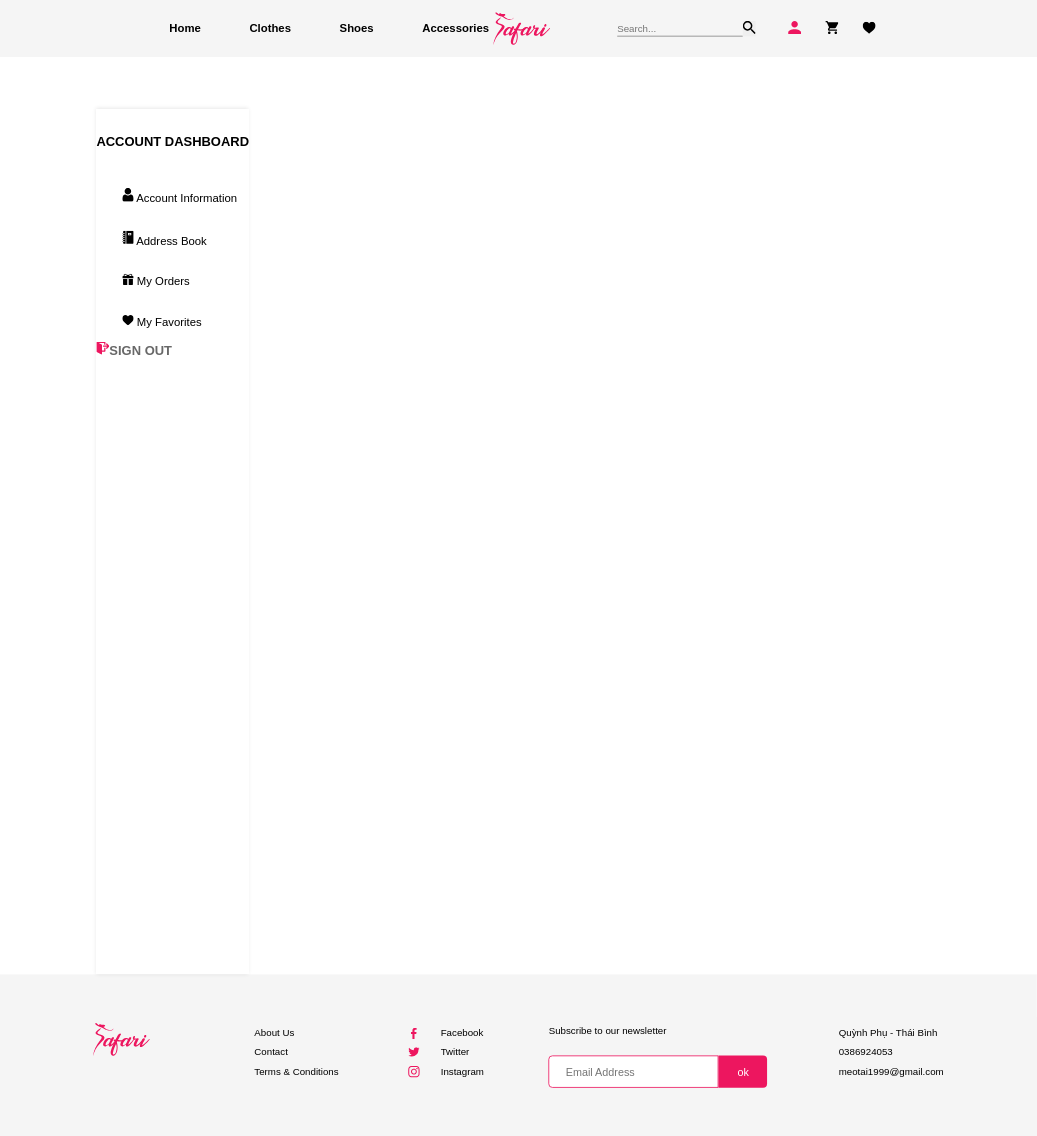
Repository: tboy1999/safari
Page: views/user.html
These files come from the project's save history. The page is drawn as it stood at one moment and after the next save; the edit follows.
The browser window is 1280 px wide. The pictures show the whole page, at 81% of full size.
Some web libraries are served in a nearby version. The style sheet was rebuilt from its Sass, Less or Tailwind sources for each picture, by a compiler version that may differ from the author's.

Above is the page before, as saved 2022-04-28 15:15:26.

### views/user.html
<!DOCTYPE html>
<html lang="en">
<head>
  <meta charset="UTF-8">
  <meta http-equiv="X-UA-Compatible" content="IE=edge">
  <meta name="viewport" content="width=device-width, initial-scale=1.0">
  <title>user</title>
  <link rel="shortcut icon" href="./image/logo/Logo.svg" type="image/x-icon">
  <link rel="preconnect" href="https://fonts.googleapis.com">
  <link rel="preconnect" href="https://fonts.gstatic.com" crossorigin>
  <link rel="stylesheet" href="https://cdnjs.cloudflare.com/ajax/libs/font-awesome/6.1.1/css/all.min.css" integrity="sha512-KfkfwYDsLkIlwQp6LFnl8zNdLGxu9YAA1QvwINks4PhcElQSvqcyVLLD9aMhXd13uQjoXtEKNosOWaZqXgel0g==" crossorigin="anonymous" referrerpolicy="no-referrer" />
  <link rel="stylesheet" href="../css/grid.css">
  <link rel="stylesheet" href="../css/user.css">
</head>
<body>
  <header id="header" class="header">
    <div class="container">
      <div class="header__container facenter">
        <ul class="header__list facenter fz14-fw600">
          <li class="header__item"><a href="../index.html" class="header__link">Home</a></li>
          <li class="header__item"><a href="./clothes.html" class="header__link">Clothes</a></li>
          <li class="header__item"><a href="./shoes.html" class="header__link">Shoes</a></li>
          <li class="header__item"><a href="./accessories.html" class="header__link">Accessories</a></li>
        </ul>
        <form class="header__search facenter">
          <input type="text" placeholder="Search..." class="fz12">
          <button type="submit"><img src="../image/header/search.svg" alt=""></button>
        </form>
        <div class="header__feature facenter">
          <a href="#" class="header__feature--active">
            <svg width="16" height="16" viewBox="0 0 16 16" fill="inherit" xmlns="http://www.w3.org/2000/svg">
            <path d="M8 0C9.06087 0 10.0783 0.421427 10.8284 1.17157C11.5786 1.92172 12 2.93913 12 4C12 5.06087 11.5786 6.07828 10.8284 6.82843C10.0783 7.57857 9.06087 8 8 8C6.93913 8 5.92172 7.57857 5.17157 6.82843C4.42143 6.07828 4 5.06087 4 4C4 2.93913 4.42143 1.92172 5.17157 1.17157C5.92172 0.421427 6.93913 0 8 0ZM8 10C12.42 10 16 11.79 16 14V16H0V14C0 11.79 3.58 10 8 10Z"/>
            </svg>
          </a>
          <a href="./cart.html">
            <svg width="16" height="16" viewBox="0 0 16 16" fill="inherit" xmlns="http://www.w3.org/2000/svg">
              <path d="M12.8 12.8C11.912 12.8 11.2 13.512 11.2 14.4C11.2 14.8243 11.3686 15.2313 11.6686 15.5314C11.9687 15.8314 12.3757 16 12.8 16C13.2243 16 13.6313 15.8314 13.9314 15.5314C14.2314 15.2313 14.4 14.8243 14.4 14.4C14.4 13.9757 14.2314 13.5687 13.9314 13.2686C13.6313 12.9686 13.2243 12.8 12.8 12.8ZM0 0V1.6H1.6L4.48 7.672L3.392 9.632C3.272 9.856 3.2 10.12 3.2 10.4C3.2 10.8243 3.36857 11.2313 3.66863 11.5314C3.96869 11.8314 4.37565 12 4.8 12H14.4V10.4H5.136C5.08296 10.4 5.03209 10.3789 4.99458 10.3414C4.95707 10.3039 4.936 10.253 4.936 10.2C4.936 10.16 4.944 10.128 4.96 10.104L5.68 8.8H11.64C12.24 8.8 12.768 8.464 13.04 7.976L15.904 2.8C15.96 2.672 16 2.536 16 2.4C16 2.18783 15.9157 1.98434 15.7657 1.83431C15.6157 1.68429 15.4122 1.6 15.2 1.6H3.368L2.616 0H0ZM4.8 12.8C3.912 12.8 3.2 13.512 3.2 14.4C3.2 14.8243 3.36857 15.2313 3.66863 15.5314C3.96869 15.8314 4.37565 16 4.8 16C5.22435 16 5.63131 15.8314 5.93137 15.5314C6.23143 15.2313 6.4 14.8243 6.4 14.4C6.4 13.9757 6.23143 13.5687 5.93137 13.2686C5.63131 12.9686 5.22435 12.8 4.8 12.8Z"/>
            </svg>
          </a>
          <a href="#">
            <svg width="16" height="15" viewBox="0 0 16 15" fill="inherit"
            xmlns="http://www.w3.org/2000/svg">
              <path d="M14.7307 1.39307C13.9025 0.494751 12.766 0 11.5304 0C10.6068 0 9.76099 0.291992 9.01636 0.867798C8.64062 1.15845 8.30017 1.51404 8 1.92908C7.69995 1.51416 7.35938 1.15845 6.98352 0.867798C6.23901 0.291992 5.39319 0 4.4696 0C3.23401 0 2.09741 0.494751 1.26917 1.39307C0.450806 2.28088 0 3.49377 0 4.80847C0 6.16162 0.504272 7.40027 1.58691 8.70667C2.55542 9.87524 3.94739 11.0615 5.55933 12.4352C6.10974 12.9043 6.73364 13.436 7.38147 14.0024C7.55261 14.1523 7.77222 14.2349 8 14.2349C8.22766 14.2349 8.44739 14.1523 8.61829 14.0027C9.26611 13.4362 9.89038 12.9042 10.441 12.4348C12.0527 11.0614 13.4447 9.87524 14.4132 8.70654C15.4958 7.40027 16 6.16162 16 4.80835C16 3.49377 15.5492 2.28088 14.7307 1.39307Z"/>
            </svg>
          </a>
        </div>
        <div class="header__logo">
          <a href="../index.html"><img src="../image/logo/Logo.svg" alt=""></a>
        </div>
      </div>
    </div>
  </header>

  <main id="user" class="user">
    <div class="container">
      <div class="user__container">
        <div class="row">
          <div class="col xxl-3">
            <div class="user__list flex-column">
              <div class="user__item fz16-fw800">ACCOUNT DASHBOARD</div>
              <div class="user__item fz14">
                <svg width="14" height="17" viewBox="0 0 14 17" fill="inherit" xmlns="http://www.w3.org/2000/svg">
                  <path d="M6.89428 8.08322C8.00476 8.08322 8.96635 7.68493 9.75204 6.89912C10.5377 6.11343 10.936 5.15209 10.936 4.04148C10.936 2.93125 10.5377 1.96979 9.75191 1.18384C8.9661 0.398284 8.00463 0 6.89428 0C5.78366 0 4.82233 0.398284 4.03664 1.18397C3.25095 1.96966 2.85254 2.93112 2.85254 4.04148C2.85254 5.15209 3.25095 6.11356 4.03677 6.89924C4.82258 7.6848 5.78405 8.08322 6.89428 8.08322Z"/>
                  <path d="M13.9661 12.9033C13.9434 12.5764 13.8976 12.2197 13.8301 11.843C13.762 11.4636 13.6743 11.1049 13.5693 10.777C13.4609 10.4381 13.3134 10.1034 13.1311 9.78274C12.9419 9.44988 12.7196 9.16003 12.4702 8.92152C12.2094 8.672 11.8902 8.47139 11.5209 8.32506C11.153 8.17949 10.7452 8.10575 10.3091 8.10575C10.1378 8.10575 9.97209 8.17603 9.65216 8.38433C9.45526 8.51274 9.22494 8.66125 8.96787 8.8255C8.74805 8.96556 8.45026 9.09679 8.08245 9.21559C7.72359 9.33171 7.35924 9.3906 6.99962 9.3906C6.63999 9.3906 6.27576 9.33171 5.91653 9.21559C5.5491 9.09692 5.25131 8.96569 5.03175 8.82563C4.77711 8.66291 4.54666 8.5144 4.34682 8.3842C4.02727 8.17591 3.86148 8.10562 3.69018 8.10562C3.25387 8.10562 2.84624 8.17949 2.47843 8.32518C2.10946 8.47126 1.79004 8.67187 1.529 8.92165C1.27973 9.16029 1.05736 9.45001 0.868391 9.78274C0.686212 10.1034 0.538727 10.438 0.430163 10.7771C0.32531 11.105 0.237614 11.4636 0.169505 11.843C0.102036 12.2192 0.0562028 12.576 0.0335425 12.9037C0.0112662 13.2248 0 13.5581 0 13.8946C0 14.7706 0.278453 15.4797 0.827551 16.0027C1.36986 16.5188 2.08744 16.7806 2.96006 16.7806H11.0399C11.9126 16.7806 12.6299 16.5189 13.1723 16.0027C13.7215 15.4801 14 14.7708 14 13.8945C13.9999 13.5564 13.9885 13.2229 13.9661 12.9033Z"/>
                  </svg>

                Account Information
              </div>
              <div class="user__item fz14">
                <svg width="14" height="17" viewBox="0 0 14 17" fill="inherit" xmlns="http://www.w3.org/2000/svg">
                  <path d="M1.00448 5.0538H0.470852C0.210816 5.0538 0 5.26462 0 5.52465C0 5.78469 0.210816 5.99551 0.470852 5.99551H1.00448V5.0538Z"/>
                  <path d="M1.00448 12.5874H0.470852C0.210816 12.5874 0 12.7982 0 13.0583C0 13.3183 0.210816 13.5291 0.470852 13.5291H1.00448V12.5874Z"/>
                  <path d="M1.00448 10.0762H0.470852C0.210816 10.0762 0 10.287 0 10.5471C0 10.8071 0.210816 11.0179 0.470852 11.0179H1.00448V10.0762Z"/>
                  <path d="M1.00448 7.56503H0.470852C0.210816 7.56503 0 7.77585 0 8.03588C0 8.29592 0.210816 8.50674 0.470852 8.50674H1.00448V7.56503Z"/>
                  <path d="M1.00448 2.5426H0.470852C0.210816 2.5426 0 2.75342 0 3.01345C0 3.27349 0.210816 3.48431 0.470852 3.48431H1.00448V2.5426Z"/>
                  <path d="M4.01834 0H2.41744C1.63856 0 1.00488 0.633673 1.00488 1.41256V2.5426H2.48022C2.74025 2.5426 2.95107 2.75342 2.95107 3.01345C2.95107 3.27349 2.74025 3.4843 2.48022 3.4843C2.05168 3.4843 1.466 3.4843 1.00488 3.4843V5.05381H2.48022C2.74025 5.05381 2.95107 5.26463 2.95107 5.52466C2.95107 5.7847 2.74025 5.99552 2.48022 5.99552C1.71562 5.99552 2.16255 5.99552 1.00488 5.99552V7.56502H2.48022C2.74025 7.56502 2.95107 7.77584 2.95107 8.03587C2.95107 8.29591 2.74025 8.50673 2.48022 8.50673C2.05168 8.50673 1.466 8.50673 1.00488 8.50673V10.0762H2.48022C2.74025 10.0762 2.95107 10.287 2.95107 10.5471C2.95107 10.8071 2.74025 11.0179 2.48022 11.0179C1.71562 11.0179 2.16255 11.0179 1.00488 11.0179V12.5874H2.48022C2.74025 12.5874 2.95107 12.7983 2.95107 13.0583C2.95107 13.3183 2.74025 13.5291 2.48022 13.5291C2.05168 13.5291 1.466 13.5291 1.00488 13.5291V14.6592C1.00488 15.4381 1.63856 16.0717 2.41744 16.0717H4.01834V0Z"/>
                  <path d="M7.94141 3.48431H10.0759V4.55158H7.94141V3.48431Z"/>
                  <path d="M12.5878 0H4.95996V16.0717H12.5878C13.3666 16.0717 14.0003 15.4381 14.0003 14.6592V1.41256C14.0003 0.633673 13.3666 0 12.5878 0ZM11.0183 5.02242C11.0183 5.28246 10.8074 5.49327 10.5474 5.49327H7.47117C7.21114 5.49327 7.00032 5.28246 7.00032 5.02242V3.01345C7.00032 2.75342 7.21114 2.5426 7.47117 2.5426H10.5474C10.8074 2.5426 11.0183 2.75342 11.0183 3.01345V5.02242Z"/>
                  </svg>

                Address Book
              </div>
              <div class="user__item fz14">
                <svg width="14" height="14" viewBox="0 0 14 14" fill="inherit" xmlns="http://www.w3.org/2000/svg">
                  <path d="M13.0869 2.71463H12.0679C12.2023 2.5019 12.291 2.2631 12.3163 2.01056C12.3971 1.20345 11.972 0.479938 11.2484 0.159169C10.5832 -0.135678 9.83572 -0.0151468 9.29746 0.473048L8.01066 1.63926C7.76006 1.36516 7.39981 1.1929 6.99999 1.1929C6.59946 1.1929 6.23863 1.36571 5.98797 1.64065L4.69953 0.472911C4.1604 -0.0152835 3.4132 -0.13535 2.74834 0.159333C2.02488 0.48013 1.59974 1.20389 1.68079 2.01097C1.70614 2.26332 1.79479 2.502 1.92918 2.71463H0.913033C0.408761 2.71463 0 3.12342 0 3.62766V4.99723C0 5.24934 0.204394 5.45376 0.45653 5.45376H13.5435C13.7956 5.45376 14 5.24936 14 4.99723V3.62766C14 3.12342 13.5912 2.71463 13.0869 2.71463ZM5.63042 2.56246V2.71463H3.48277C2.91533 2.71463 2.46875 2.18564 2.61048 1.59485C2.6729 1.33467 2.8607 1.11289 3.10359 1.00062C3.43713 0.846453 3.8066 0.895945 4.08673 1.1495L5.63081 2.54901C5.63072 2.55352 5.63042 2.55795 5.63042 2.56246ZM11.4104 1.88934C11.3763 2.36384 10.9477 2.71468 10.472 2.71468H8.36955V2.56252C8.36955 2.55713 8.36922 2.5518 8.36917 2.54641C8.71895 2.22933 9.47776 1.54158 9.88931 1.16853C10.1232 0.956539 10.4505 0.857582 10.753 0.947816C11.1872 1.07732 11.4421 1.44651 11.4104 1.88934Z"/>
                  <path d="M0.913086 6.36679V13.0624C0.913086 13.5667 1.32185 13.9755 1.82612 13.9755H6.08698V6.36679H0.913086Z"/>
                  <path d="M7.91309 6.36679V13.9755H12.1739C12.6782 13.9755 13.087 13.5667 13.087 13.0624V6.36679H7.91309Z"/>
                  </svg>

                My Orders
              </div>
              <div class="user__item fz14">
                <svg width="14" height="13" viewBox="0 0 14 13" fill="inherit" xmlns="http://www.w3.org/2000/svg">
                  <path d="M12.8894 1.21893C12.1647 0.432907 11.1702 0 10.0891 0C9.28096 0 8.54086 0.255493 7.88931 0.759323C7.56055 1.01364 7.26265 1.32478 7 1.68794C6.73746 1.32489 6.43945 1.01364 6.11058 0.759323C5.45914 0.255493 4.71904 0 3.9109 0C2.82976 0 1.83524 0.432907 1.11052 1.21893C0.394455 1.99577 0 3.05705 0 4.20741C0 5.39142 0.441238 6.47523 1.38855 7.61833C2.23599 8.64084 3.45396 9.67883 4.86441 10.8808C5.34602 11.2913 5.89194 11.7565 6.45879 12.2521C6.60854 12.3833 6.80069 12.4555 7 12.4555C7.1992 12.4555 7.39146 12.3833 7.541 12.2523C8.10785 11.7566 8.65408 11.2912 9.13591 10.8805C10.5461 9.67873 11.7641 8.64084 12.6116 7.61823C13.5589 6.47523 14 5.39142 14 4.20731C14 3.05705 13.6055 1.99577 12.8894 1.21893Z"/>
                  </svg>
                My Favorites
              </div>
              <div class="user__item fz16"><img src="../image/user/checkout.svg" alt="">SIGN OUT</div>
            </div>
          </div>
          <div class="col xxl-9"></div>
        </div>
      </div>
    </div>
  </main>

  <footer class="footer">
    <div class="container">
      <div class="footer__container d-flex fz12">
        <div class="footer__logo">
          <a href="../index.html"><img src="../image/logo/Logo.svg" alt=""></a>
        </div>
        <div class="footer__body d-flex gap80">
          <ul class="footer__pages">
            <li class="footer__item fz12"><a href="#">About Us</a></li>
            <li class="footer__item fz12"><a href="#">Contact</a></li>
            <li class="footer__item fz12"><a href="#">Terms & Conditions</a></li>
          </ul>
          <ul class="footer__networks">
            <li class="footer__item facenter gap20">
              <div class="footer__icon flex-center">
                <a href="#" class="facenter"><img src="../image/footer/fb.svg" alt=""></a>
              </div>
              <p><a href="#">Facebook</a></p>
            </li>
            <li class="footer__item facenter gap20">
              <div class="footer__icon flex-center">
                <a href="#" class="facenter"><img src="../image/footer/twitter.svg" alt=""></a>
              </div>
              <p><a href="#">Twitter</a></p>
            </li>
            <li class="footer__item facenter gap20">
              <div class="footer__icon flex-center">
                <a href="#" class="facenter"><img src="../image/footer/instagram.svg" alt=""></a>
              </div>
              <p><a href="#">Instagram</a></p>
            </li>
          </ul>
          <div class="footer__input">
            <p>Subscribe to our newsletter</p>
            <form action="" class="facenter footer__form">
              <input type="text" placeholder="Email Address">
              <button type="submit">ok</button>
            </form>
          </div>
        </div>
        <div class="footer__info">
          <p>Quỳnh Phụ - Thái Bình</p>
          <p>0386924053</p>
          <p>meotai1999@gmail.com</p>
        </div>
      </div>
    </div>
  </footer>
</body>
</html>

### scss/user.scss
@import 'reset';
@import 'variable';
@import 'global';
@import 'alike';
@import 'header';
@import 'footer';

.user {
  margin-top: 134px;
  &__container {
    margin: 0 64px;
  }
  &__list {
    height: 1069px;
    box-shadow: 0px 0px 5px 1px rgba(0, 0, 0, 0.1);
  }
  &__item:first-child {
    padding: 32px 0;
    text-align: center;
  }
  &__item:not(:first-child,:last-child) {
    padding: 16px 0 16px 32px
  }
}

### scss/_reset.scss
* {
  padding: 0;
  margin: 0;
  box-sizing: border-box;
}

html:focus-within {
  scroll-behavior: smooth;
}

a,
button {
  display: block;
  outline: none;
  border: none;
  text-decoration: none;
  color: inherit;
  cursor: pointer;
}

input {
  outline: none;
}

ul {
  list-style-type: none;
}

// img {
//   width: 100%;
//   height: 100%;
//   object-fit: cover;
// }

### scss/_variable.scss
$text-color: #686868;
$primary-color: #ED165F;

$header-background-color: #F5F5F5;
$footer-background-color: #F5F5F5;

### scss/_global.scss
html {
  font-size: 10px;
  line-height: 1;
  scroll-behavior: smooth !important;
}

body {
  font-family: 'Mulish', sans-serif;
}

body .auto-top {
  display: none;
  position: fixed;
  right: 50px;
  top: 50%;
  width: 60px;
  height: 50px;
  border: 1px solid #000000;
  border-radius: 5px;
  animation: autoTop 2s ease-in-out;
  animation-iteration-count: infinite;
}
@keyframes autoTop {
  from {
    transform: translateY(0)
  }
  to {
    transform: translateY(-20px)
  }
}

.facenter {
  display: flex;
  align-items: center;
}

.facb {
  display:flex;
  justify-content: space-between;
  align-items: center;
}

.flex-center {
  display: flex;
  justify-content: center;
  align-items: center;
}

.d-flex {
  display: flex;
  flex-wrap: wrap;
}

.flex-column {
  display: flex;
  flex-direction: column;
}

.gap64 {
  gap: 64px
}

.gap80 {
  gap: 0 80px
}

.gap32 {
  gap: 32px
}

.gap20 {
  gap: 0 20px
}

.gap16 {
  gap: 16px
}
.gap8 {
  gap: 8px
}

### scss/_alike.scss
.fz40 {
  font-weight: 700;
  font-size: 4rem;
  line-height: calc(24/40);
}

.fz30 {
  font-weight: 600;
  font-size: 30px;
}


.fz24 {
  font-weight: 400;
  font-size: 2.4rem;
  line-height: calc(35/24);
  &-fw600 {
    font-weight: 600;
    font-size: 2.4rem;
    line-height: calc(35/24);
  }
  &-fw800 {
    font-weight: 800;
    font-size: 2.4rem;
    line-height: calc(35/24);
  }
}

.fz20 {
  font-weight: 400;
  font-size: 2rem;
  line-height: calc(23/20);
  &-fw800 {
    font-weight: 800;
    font-size: 2rem;
    line-height: calc(23/20);
  }
  &-fw600 {
    font-weight: 600;
    font-size: 2rem;
    line-height: calc(23/20);
  }
}

.fz18 {
  font-weight: 800;
  font-size: 1.8rem;
  line-height: calc(24/18);
}

.fz16 {
  font-weight: 600;
  font-size: 1.6rem;
  line-height: calc(18/16);
  color: $text-color;
  &-fw800 {
    font-weight: 800;
    font-size: 1.6rem;
    line-height: calc(18/16);
  }
}

.fz14 {
  font-weight: 400;
  font-size: 1.4rem;
  line-height: calc(18/14);
  &-fw600 {
    font-weight: 600;
    font-size: 1.4rem;
    line-height: calc(18/14);
  }
}

.fz12 {
  font-weight: 400;
  font-size: 1.2rem;
  line-height: calc(18/12);
}

.fz10 {
  font-weight: 700;
  font-size: 1rem;
  line-height: calc(18/10);
}

### scss/_header.scss
.header {
  position: fixed;
  top: 0;
  left: 0;
  right: 0;
  z-index: 99999;
  background-color: $header-background-color;
  &__container {
    height: 70px;
    padding: 0 144px;
  }
  &__list {
    gap: 0 40px;
    flex: 1
  }
  &__search {
    input {
      border:none;
      border-bottom: 1px solid rgba(0, 0, 0, 0.5);
      color: rgba(0, 0, 0, 0.5);
      background-color: inherit;
    }
  }
  &__link {
    padding: 6px 10px;
    transition: all 0.2s linear;
    position: relative;
    &::after {
      content: "";
      position: absolute;
      width: 0;
      left: auto;
      right: 0;
      bottom: 0;
      height: 1px;
      transition: all 0.2s linear;
      background-color: red;
    }
    &:hover {
      color: $primary-color;
      &::after {
        width: 100%;
        right: auto;
        left: 0
      }
    }
    &.header__item--active {
      color: $primary-color;
      font-weight: 800;
      &::after {
        width: 100%;
      }
    }
  }
  &__feature {
    gap: 0 30px;
    margin-left: 40px;
    .header__feature--active {
      fill: $primary-color;
    }
  }
  &__logo {
    position: absolute;
    left: 47.57%;
    right: 47.57%;
    top: 21.43%;
    bottom: 20.93%;
  }
}

### scss/_footer.scss
.footer {
  background-color: $footer-background-color;
  &__container {
    padding: 60px;
  }
  &__pages {
    margin-left: 129px;
    a {
      padding: 3px 0;
    }
  }
  &__networks {
    a {
      padding: 3px 0
    }
  }
  &__icon {
    width: 26px
  }
  &__body {
    flex: 1
  }
  &__form {
    margin-top: 22px;
    width: 270px;
    height: 40px;
    border-radius: 5px;
    input {
      border: 1px solid $primary-color;
      padding: 0 0 0 20px;
      height: inherit;
      flex: 1;
      border-top-left-radius: 5px;
      border-bottom-left-radius: 5px;
    }
    button {
      width: 60px;
      height: inherit;
      background-color: $primary-color;
      color: #fff;
      border-top-right-radius: 5px;
      border-bottom-right-radius: 5px;
    }
  }
  &__info {
    p {
      padding: 3px 0
    }
  }
}

Loaded but not shown: css/grid.css (721 lines, source omitted)

After the next save:
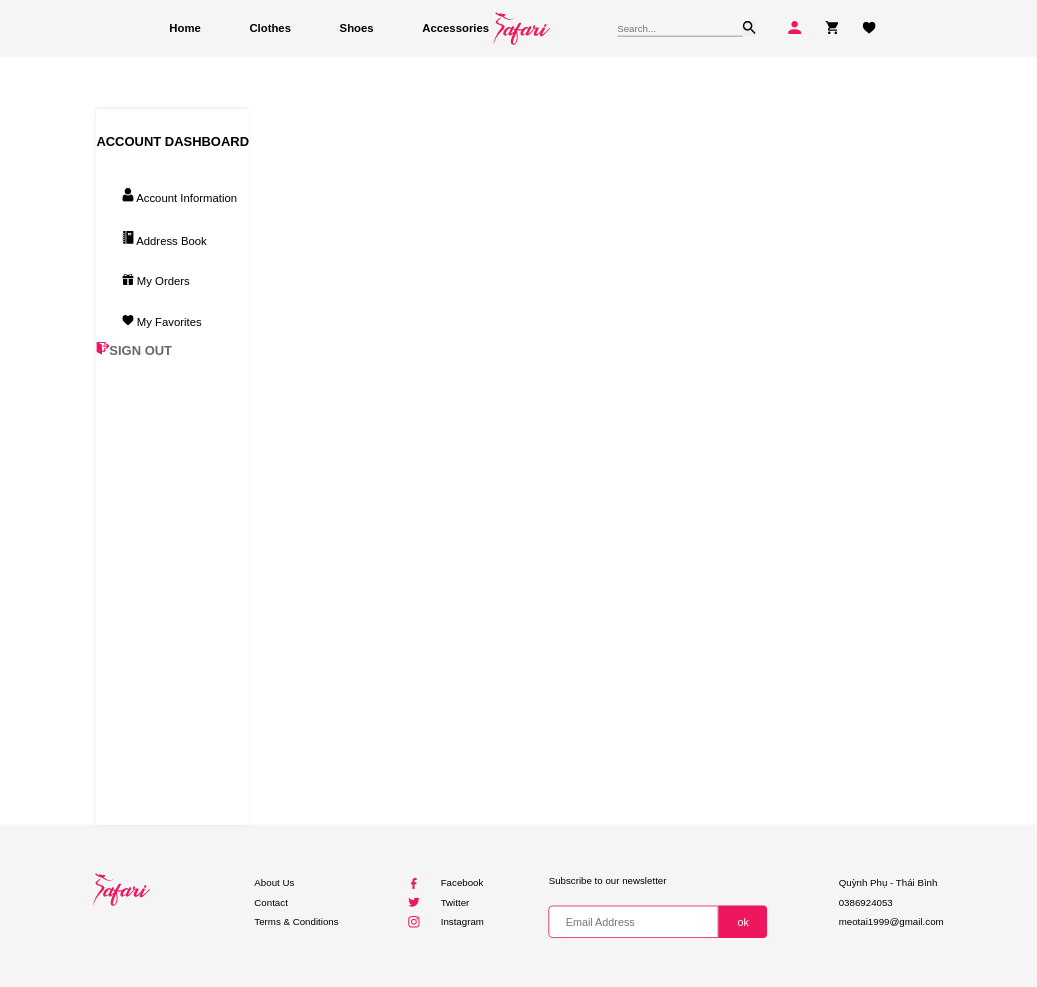
Saved 50 s later.
--- a/scss/user.scss
+++ b/scss/user.scss
@@ -11,7 +11,7 @@
     margin: 0 64px;
   }
   &__list {
-    height: 1069px;
+    height: 884px;
     box-shadow: 0px 0px 5px 1px rgba(0, 0, 0, 0.1);
   }
   &__item:first-child {
